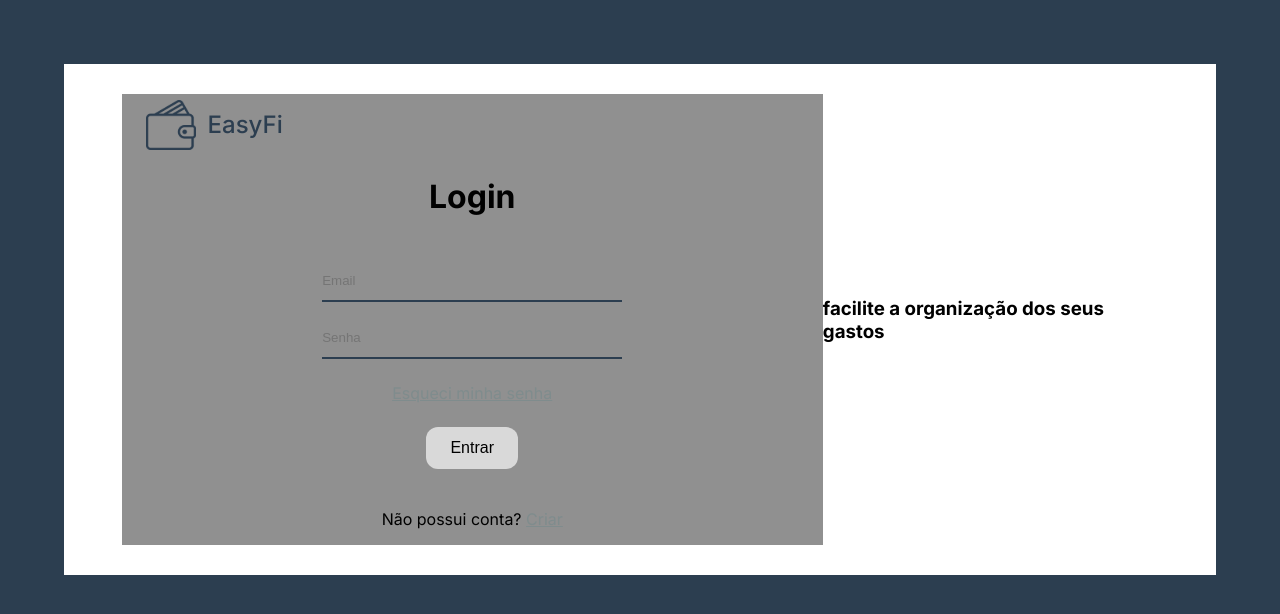
Repository: Ingridiag/projeto-engenharia
Page: login.html
These files come from the project's save history. The page is drawn as it stood at one moment and after a run of saves; the edit follows.
The browser window is 1280 px wide. The pictures show the whole page.

Above is the page before, as saved 2024-10-28 16:12:09.

After the next 2 saves:
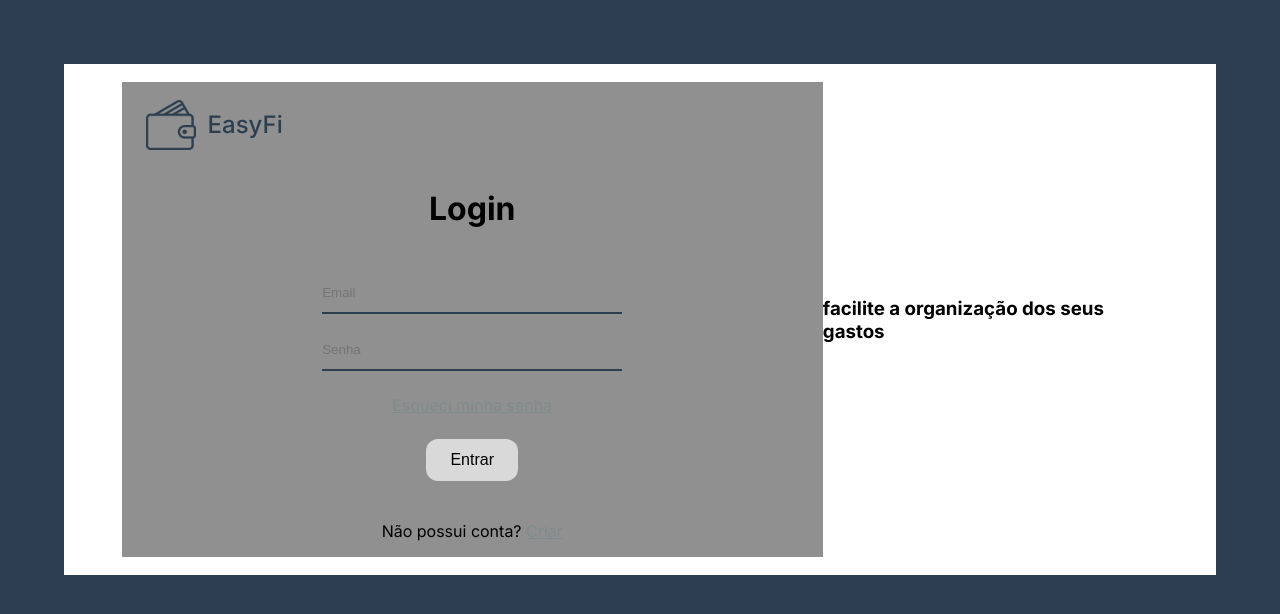
The 2 saves are shown as one change because they came seconds apart.
The last was saved 26 s later.
--- a/style.css
+++ b/style.css
@@ -35,7 +35,7 @@ body {
     display: flex;
     gap: 12px;
     align-items: center;
-    padding-left: 24px;
+    padding: 12px 24px;
     color: #2C3E50;
 
     h1 {
